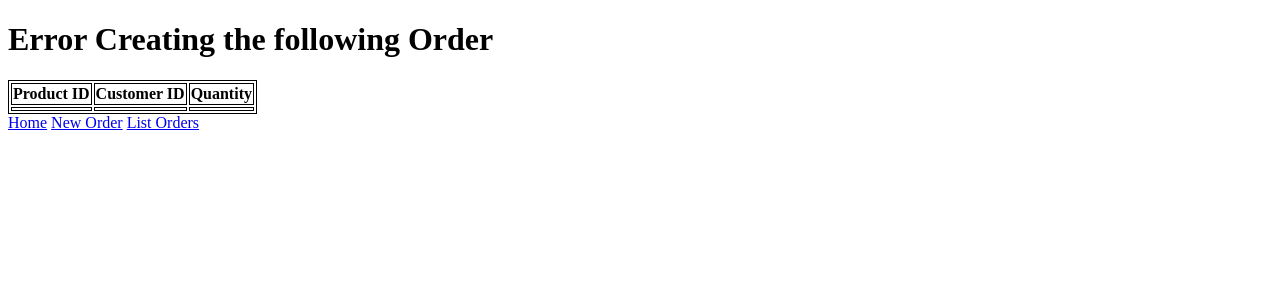
Repository: WilliamVida/Advanced-Data-Centric-Web-Applications-Project
Page: http://localhost/G00356773/jsp/orderError.jsp
These files come from the project's save history. The page is drawn as it stood at one moment and after the next save; the edit follows.
The browser window is 1280 px wide. The pictures show the whole page.
The page is served by Tomcat 9. The template is opened directly, without the code that normally fills it, so the values that code supplies are empty.

Above is the page before, as saved 2020-04-26 16:56:33.

After the next save:
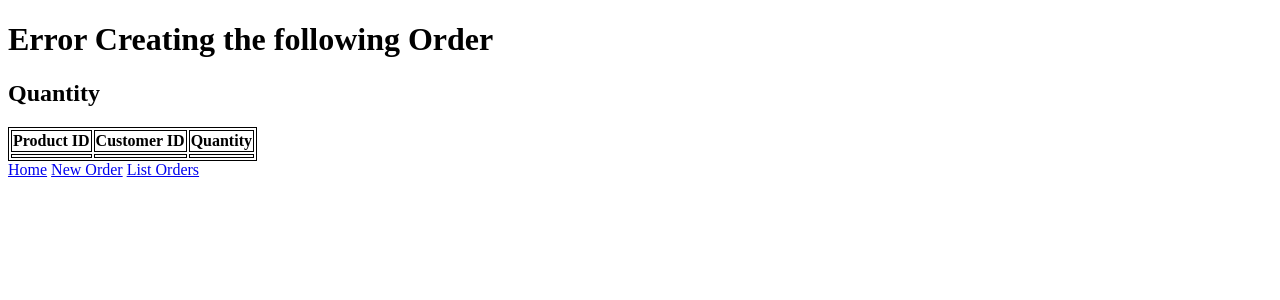
Saved 2 min 50 s later.
--- a/G00356773/src/main/webapp/jsp/orderError.jsp
+++ b/G00356773/src/main/webapp/jsp/orderError.jsp
@@ -11,7 +11,7 @@
 </head>
 <body>
 	<h1>Error Creating the following Order</h1>
-
+	<h2>Quantity</h2>
 
 	<table>
 		<tr>
